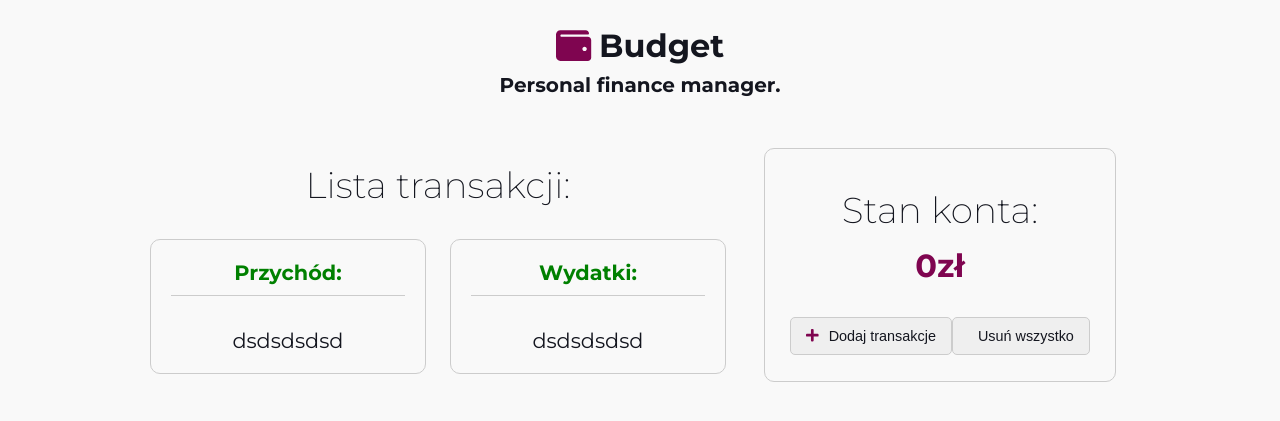
Repository: KrzysKolo/sr_tydzien4_zad4
Page: /
These files come from the project's save history. The page is drawn as it stood at one moment and after the next save; the edit follows.
The browser window is 1280 px wide. The pictures show the whole page.
Some web libraries are served in a nearby version. The project was rebuilt for these pictures with package versions that can differ from the ones it lists, and the page was loaded fresh each time.

Above is the page before, as saved 2020-11-29 19:03:39.

After the next save:
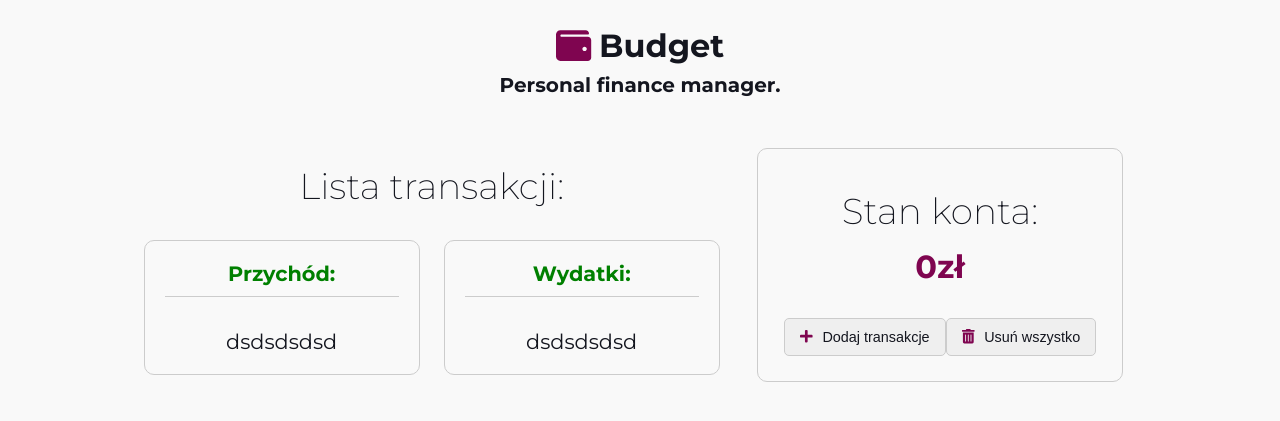
Saved 43 s later.
--- a/src/components/budgetComponents/SectionInfo.js
+++ b/src/components/budgetComponents/SectionInfo.js
@@ -4,7 +4,7 @@ import P from './sectionComponents/P';
 import Button from './../buttons/Button';
 import styled from 'styled-components';
 import { FontAwesomeIcon } from '@fortawesome/react-fontawesome';
-import { faEllipsisV, faHeart, faPlus,  faTrashAll, faShareAlt, faAngleDown } from '@fortawesome/free-solid-svg-icons';
+import { faEllipsisV, faHeart, faPlus,  faTrashAlt, faShareAlt, faAngleDown } from '@fortawesome/free-solid-svg-icons';
 const SectionWrapper = styled.section`
     border: 1px solid #ccc;
     border-radius: 10px;
@@ -24,7 +24,7 @@ const Section = ({ title }) => {
            <P />
            <ButtonWrapper>
                 <Button title={"Dodaj transakcje"} icons={faPlus} type="submit"/>
-                <Button title={"Usuń wszystko"} icons={faTrashAll} type="submit"/>
+                <Button title={"Usuń wszystko"} icons={faTrashAlt} type="submit"/>
 
            </ButtonWrapper>
         </SectionWrapper>
